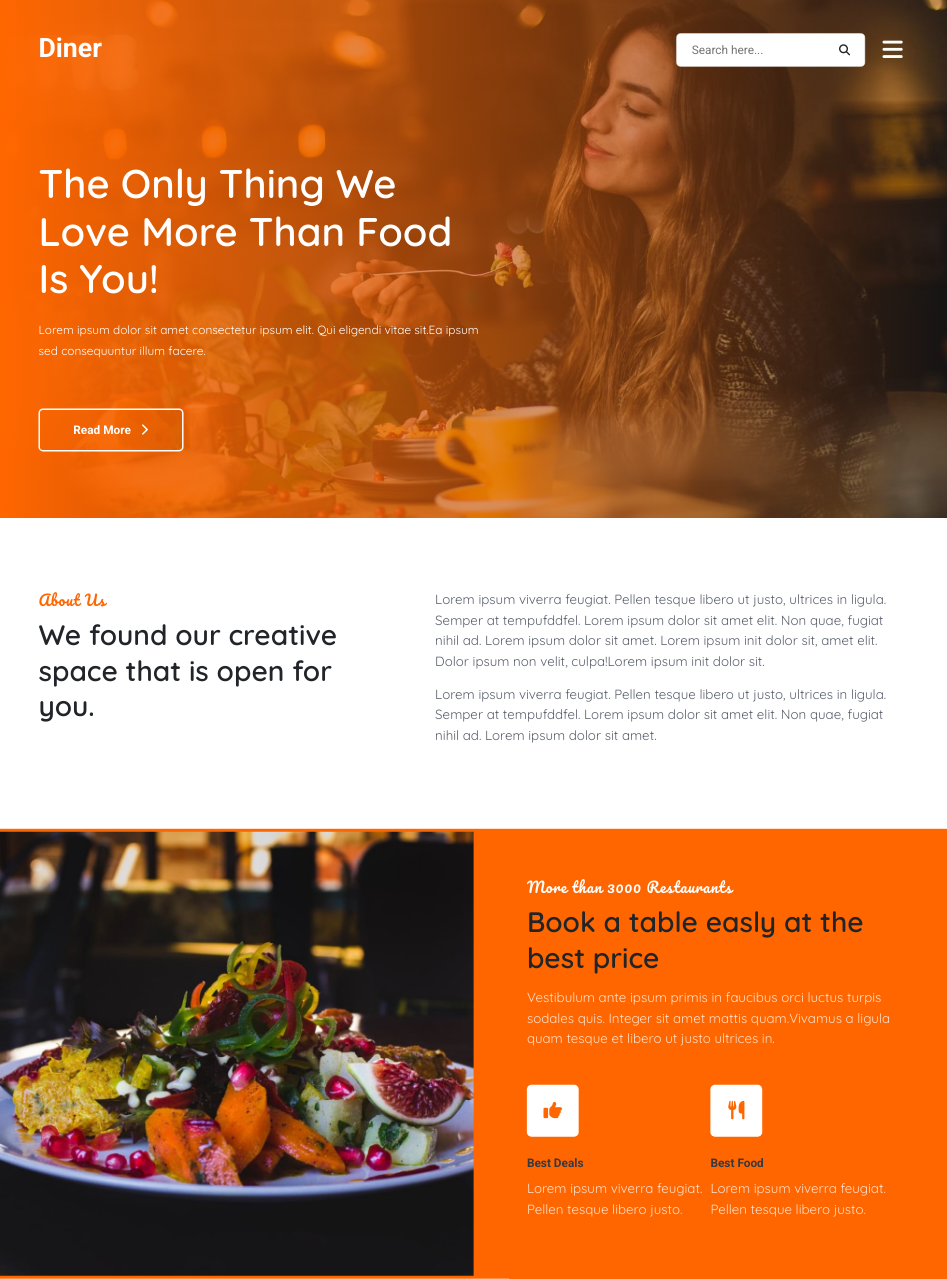
Repository: minhtrivu6199/Diner
Page: index.html
An editor plug-in stored every save of this project. The page is shown before and after the next save, followed by the edit.
The browser window is 1280 px wide. The pictures show the whole page, at 74% of full size.
Backgrounds fixed to the window are drawn as part of the page. The style sheet was rebuilt from its Sass, Less or Tailwind sources for each picture, by a compiler version that may differ from the author's.

Above is the page before, as saved 2022-10-10 16:11:06.

### index.html
<!DOCTYPE html>
<html lang="en">
  <head>
    <title>Title</title>
    <!-- Required meta tags -->
    <meta charset="utf-8" />
    <meta
      name="viewport"
      content="width=device-width, initial-scale=1, shrink-to-fit=no"
    />
    <!-- FontAwesome 6.2.0 CSS -->
    <link
      rel="stylesheet"
      href="https://cdnjs.cloudflare.com/ajax/libs/font-awesome/6.2.0/css/all.min.css"
      integrity="sha512-xh6O/CkQoPOWDdYTDqeRdPCVd1SpvCA9XXcUnZS2FmJNp1coAFzvtCN9BmamE+4aHK8yyUHUSCcJHgXloTyT2A=="
      crossorigin="anonymous"
      referrerpolicy="no-referrer"
    />

    <!-- Font -->
    <link rel="preconnect" href="https://fonts.googleapis.com" />
    <link rel="preconnect" href="https://fonts.gstatic.com" crossorigin />
    <link
      href="https://fonts.googleapis.com/css2?family=Roboto:wght@100;300;400;500;700;900&display=swap"
      rel="stylesheet"
    />
    <link
      href="https://fonts.googleapis.com/css2?family=Pacifico&display=swap"
      rel="stylesheet"
    />
    <link
      href="https://fonts.googleapis.com/css2?family=Quicksand:wght@300;400;500;600;700&display=swap"
      rel="stylesheet"
    />

    <!-- Bootstrap CSS v5.2.1 -->
    <link
      href="https://cdn.jsdelivr.net/npm/bootstrap@5.2.1/dist/css/bootstrap.min.css"
      rel="stylesheet"
      integrity="sha384-iYQeCzEYFbKjA/T2uDLTpkwGzCiq6soy8tYaI1GyVh/UjpbCx/TYkiZhlZB6+fzT"
      crossorigin="anonymous"
    />
    <!-- CSS -->
    <link rel="stylesheet" href="./css/style.min.css" />
  </head>

  <body>
    <!-- HEADER BANNER -->
    <section class="header-banner">
      <div class="container">
        <!-- BANNER HEADER -->
        <div class="banner-header">
          <div class="banner-logo">
            <h1>
              <a href="" class="logo-brand">Diner</a>
            </h1>
          </div>
          <div class="banner-right-content">
            <div class="search-bar">
              <form class="search position-relative">
                <input
                  type="search"
                  class="search-input"
                  placeholder="Search here..."
                />
                <span class="fa fa-search search-icon"></span>
              </form>
            </div>
            <div class="menu text-center">
              <div class="mobile-position">
                <nav class="navigation">
                  <!-- <div class="theme-switch-wrapper">
                    <label for="checkbox" class="theme-switch">
                      <input type="checkbox" id="checkbox" />
                      <div class="mode-container">
                        <i class="fa fa-sun"></i>
                        <i class="fa fa-moon"></i>
                      </div>
                    </label>
                  </div> -->
                </nav>
              </div>
              <div class="mobile-nav-button text-center">
                <button id="trigger-overlay" type="button">
                  <i class="fa fa-bars" aria-hidden="true"></i>
                </button>
              </div>
            </div>
          </div>
          <!-- NAV MENU -->
          <div class="overlay overlay-scale">
            <button type="button" class="overlay-close">
              <i class="fa fa-times" aria-hidden="true"></i>
            </button>

            <nav>
              <ul>
                <li><a href="index.html" class="active">Home</a></li>
                <li><a href="about.html">About</a></li>
                <li><a href="services.html">Services</a></li>
                <li><a href="blog.html">Blog</a></li>
                <li><a href="error.html">404</a></li>
                <li><a href="">Landing Page</a></li>
                <li><a href="contact.html">Contact</a></li>
                <li><a href="">Shot Codes</a></li>
                <li><a href="">Email</a></li>
              </ul>
            </nav>
          </div>
          <!-- END NAV MENU -->
        </div>
        <!-- END BANNER HEADER -->
        <div class="banner-info">
          <h3 class="mb-4 title">The only thing we love more than food is you!</h3>
          <div class="separator"></div>
          <p class="pr-lg-5 mt-md-4 mt-3">
            Lorem ipsum dolor sit amet consectetur ipsum elit. Qui eligendi
            vitae sit.Ea ipsum sed consequuntur illum facere.
          </p>
          <a class="btn btn-white mt-sm-5 mt-4 mr-2" href="about.html">
            Read More
            <span class="fa fa-chevron-right ms-2" aria-hidden="true"></span>
          </a>
        </div>
      </div>
    </section>
    <!-- END HEADER -->

    <!-- ABOUT -->
    <section class="about-us py-5">
      <div class="container py-md-5">
        <div class="row content">
          <div class="col-lg-5 content-left">
            <div class="about-title">
              <h6 class="subtitle">About Us</h6>
              <h3 class="title mb-4">
                We found our creative space that is open for you.
              </h3>
            </div>
          </div>
          <div class="col-lg-7 content-right ps-lg-5">
            <p>
              Lorem ipsum viverra feugiat. Pellen tesque libero ut justo, ultrices in ligula. Semper at tempufddfel. Lorem ipsum dolor sit amet elit. Non quae, fugiat nihil ad. Lorem ipsum dolor sit amet. Lorem ipsum init dolor sit, amet elit. Dolor ipsum non velit, culpa!Lorem ipsum init dolor sit.
            </p>
            <p class="mt-3">
              Lorem ipsum viverra feugiat. Pellen tesque libero ut justo, ultrices in ligula. Semper at tempufddfel. Lorem ipsum dolor sit amet elit. Non quae, fugiat nihil ad. Lorem ipsum dolor sit amet.
            </p>
          </div>
        </div>
      </div>
    </section>
    <!-- END ABOUT -->

    <!-- AGENT -->
    <section class="agent">
      <div class="container-fluid">
        <div class="row align-items-center gx-0">
          <div class="col-lg-6 pt-lg-0 pt-5">
            <div class="agent-image"></div>
          </div>
          <div class="col-lg-6 px-lg-4 py-lg-3 py-4">
            <div class="agent-info p-md-5 p-3">
              <h6 class="subtitle">
                More than 3000 Restaurants
              </h6>
              <h3 class="title">
                Book a table easly at the best price
              </h3>
              <p class="my-3">
                Vestibulum ante ipsum primis in faucibus orci luctus turpis sodales quis. Integer sit amet mattis quam.Vivamus a ligula quam tesque et libero ut justo ultrices in.
              </p>
              <div class="agent-interactive mt-5">
                <div class="gd">
                  <div class="icon mb-4">
                    <span class="fa fa-thumbs-up"></span>
                  </div>
                  <a href="#" class="gd-link">Best Deals</a>
                  <p class="mt-2">
                    Lorem ipsum viverra feugiat. Pellen tesque libero justo.
                  </p>
                </div>
                <div class="gd">
                  <div class="icon mb-4">
                    <span class="fa fa-cutlery"></span>
                  </div>
                  <a href="#" class="gd-link">Best Food</a>
                  <p class="mt-2">
                    Lorem ipsum viverra feugiat. Pellen tesque libero justo.
                  </p>
                </div>
              </div>
            </div>
          </div>
        </div>
      </div>
    </section>
    <!-- END AGENT -->

    <!-- Bootstrap JavaScript Libraries -->
    <script
      src="https://cdn.jsdelivr.net/npm/@popperjs/core@2.11.6/dist/umd/popper.min.js"
      integrity="sha384-oBqDVmMz9ATKxIep9tiCxS/Z9fNfEXiDAYTujMAeBAsjFuCZSmKbSSUnQlmh/jp3"
      crossorigin="anonymous"
    ></script>

    <script
      src="https://cdn.jsdelivr.net/npm/bootstrap@5.2.1/dist/js/bootstrap.min.js"
      integrity="sha384-7VPbUDkoPSGFnVtYi0QogXtr74QeVeeIs99Qfg5YCF+TidwNdjvaKZX19NZ/e6oz"
      crossorigin="anonymous"
    ></script>

    <!-- JS -->
    <script src="./js/modernizr-2.6.2.min.js"></script>
    <script src="./js/classie.js"></script>
    <script src="./js/main.js"></script>
  </body>
</html>

### js/classie.js
/*!
 * classie - class helper functions
 * from bonzo https://github.com/ded/bonzo
 *
 * classie.has( elem, 'my-class' ) -> true/false
 * classie.add( elem, 'my-new-class' )
 * classie.remove( elem, 'my-unwanted-class' )
 * classie.toggle( elem, 'my-class' )
 */

/*jshint browser: true, strict: true, undef: true */
/*global define: false */

(function (window) {
  "use strict";

  // class helper functions from bonzo https://github.com/ded/bonzo

  function classReg(className) {
    return new RegExp("(^|\\s+)" + className + "(\\s+|$)");
  }

  // classList support for class management
  // altho to be fair, the api sucks because it won't accept multiple classes at once
  var hasClass, addClass, removeClass;

  if ("classList" in document.documentElement) {
    hasClass = function (elem, c) {
      return elem.classList.contains(c);
    };
    addClass = function (elem, c) {
      elem.classList.add(c);
    };
    removeClass = function (elem, c) {
      elem.classList.remove(c);
    };
  } else {
    hasClass = function (elem, c) {
      return classReg(c).test(elem.className);
    };
    addClass = function (elem, c) {
      if (!hasClass(elem, c)) {
        elem.className = elem.className + " " + c;
      }
    };
    removeClass = function (elem, c) {
      elem.className = elem.className.replace(classReg(c), " ");
    };
  }

  function toggleClass(elem, c) {
    var fn = hasClass(elem, c) ? removeClass : addClass;
    fn(elem, c);
  }

  var classie = {
    // full names
    hasClass: hasClass,
    addClass: addClass,
    removeClass: removeClass,
    toggleClass: toggleClass,
    // short names
    has: hasClass,
    add: addClass,
    remove: removeClass,
    toggle: toggleClass,
  };

  // transport
  if (typeof define === "function" && define.amd) {
    // AMD
    define(classie);
  } else {
    // browser global
    window.classie = classie;
  }
})(window);

### js/main.js
(function () {
  var container = document.querySelector("div.container"),
    triggerBttn = document.getElementById("trigger-overlay"),
    overlay = document.querySelector("div.overlay"),
    closeBttn = overlay.querySelector("button.overlay-close");
  (transEndEventNames = {
    WebkitTransition: "webkitTransitionEnd",
    MozTransition: "transitionend",
    OTransition: "oTransitionEnd",
    msTransition: "MSTransitionEnd",
    transition: "transitionend",
  }),
    (transEndEventName = transEndEventNames[Modernizr.prefixed("transition")]),
    (support = { transitions: Modernizr.csstransitions });

  function toggleOverlay() {
    if (classie.has(overlay, "open")) {
      classie.remove(overlay, "open");
      classie.remove(container, "overlay-open");
      classie.add(overlay, "close");
      var onEndTransitionFn = function (ev) {
        if (support.transitions) {
          if (ev.propertyName !== "visibility") return;
          this.removeEventListener(transEndEventName, onEndTransitionFn);
        }
        classie.remove(overlay, "close");
      };
      if (support.transitions) {
        overlay.addEventListener(transEndEventName, onEndTransitionFn);
      } else {
        onEndTransitionFn();
      }
    } else if (!classie.has(overlay, "close")) {
      classie.add(overlay, "open");
      classie.add(container, "overlay-open");
    }
  }

  triggerBttn.addEventListener("click", toggleOverlay);
  closeBttn.addEventListener("click", toggleOverlay);
})();

### scss/style.scss
@import "./base/variables";
@import "./pages/components/menu";



.header-banner {
  background-image: linear-gradient(to right, $orange, hsl(30deg 100% 1% / 20%)),
    url(../img/banner1.jpg);
  background-size: cover;
  background-position: initial;
  background-repeat: no-repeat;
  background-attachment: fixed;
  min-height: 700px;
  .container {
    .banner-header {
      display: flex;
      justify-content: space-between;
      align-items: center;
      padding: 40px 0 20px 0;
      .banner-logo {
        .logo-brand {
          font-size: 36px;
          font-weight: 700;
          color: $white;
        }
      }

      .banner-right-content {
        display: flex;
        justify-content: center;
        align-items: center;
        .search-bar {
          display: flex;
          .search {
            .search-input {
              padding: 10px 50px 10px 20px;
              height: 45px;
              font-size: 16px;
              color: $font-color;
              font-weight: 400;
              border-radius: 6px;
              position: relative;
              right: 0;
              background: $white;
              outline: 0;
              border: 1px solid $white;
            }
            .search-icon {
              position: absolute;
              right: 20px;
              font-size: 15px;
              cursor: pointer;
              top: 15px;
            }
          }
        }

        .menu {
          display: flex;
          justify-content: center;
          align-items: center;
          .mobile-nav-button {
            margin-left: 1rem;
          }
        }
      }
    }

    .banner-info {
        max-width: 600px;
        text-align: left;
        margin-top: 100px;
        h3 {
            font-size: 54px;
            line-height: 64px;
            text-transform: capitalize;
            color: $white;
        }
        p {
            font-size: 16px;
            line-height: 28px;
            color: $white;
        }

        .btn-white {
            background: transparent;
            border: 2px solid $white;
            color: $white;
            padding: 12px 45px;
            font-size: 16px;
            line-height: 30px;
            font-weight: 700;
            transition: 0.3s ease-in;
            border-radius: 6px;

            &:hover {
                background: $white;
                color: $orange;
            }
        }
    }
  }
}


.about-us {
    .container {
        .content {
            .content-right {
                p {
                    color: $font-color;
                }
            }
        }
    }
}

.agent {
    background: $orange;
    .container-fluid {
        margin: 0;
        padding: 0;
        .agent-image {
            background-image: url(../img/banner3.jpg);
            background-repeat: no-repeat;
            background-size: cover;
            background-position: center;
            position: relative;
            z-index: 1;
            min-height: 600px;
        }

        .agent-info {
            .subtitle {
                color: $white;
            }
            p {
                color: #ffdfc9;
            }
        }

        .agent-interactive {
            display: flex;
            .icon {
                background: $white;
                width: 70px;
                height: 70px;
                text-align: center;
                line-height: 70px;
                border-radius: 6px;
                transition: 0.3s ease-in-out;
                span.fa {
                    color: $orange;
                    font-size: 25px;
                    line-height:  70px;
                }
            }
            .gd-link {
                color: $dark;
                font-weight: 700;
                line-height: 1.2;
            }
        }
    }
}

### scss/base/_variables.scss
// Color
$blue: #007bff;
$indigo: #6610f2;
$purple: #6f42c1;
$pink: #e83e8c;
$red: #dc3545;
$orange: #ff6600;
$yellow: #ffc107;
$green: #28a745;
$teal: #20c997;
$cyan: #17a2b8;
$white: #fff;
$gray: #6c757d;
$gray-dark: #343a40;
$light-orange: #f8b195;
$success: #28a745;
$info: #17a2b8;
$warning: #ffc107;
$danger: #dc3545;
$light: #f8f9fa;
$dark: #343a40;
$font-color: rgba(22, 28, 45, 0.7);

*, ::after, ::before {
    margin: 0;
    padding: 0;
    box-sizing: border-box;
}

html,
body {
  font-family: "Roboto", sans-serif;
}
a {
  text-decoration: none;
  background-color: transparent;
  cursor: pointer;
}

.container {
    max-width: 1200px;
}

.subtitle {
    font-family: 'Pacifico', cursive;
    font-size: 20px;
    font-weight: 400;
    line-height: 30px;
    letter-spacing: 1px;
    color: $orange;
}

.title {
    font-size: 38px;
    line-height: 48px;
    font-weight: 600;
    font-family: 'Quicksand', sans-serif;
}

p {
    font-size: 18px;
    line-height: 28px;
    font-family: 'Quicksand', sans-serif;
}

### scss/pages/components/_menu.scss
@import '../../base/variables';
.overlay {
	position: fixed;
	width: 100%;
	height: 100%;
	top: 0;
	left: 0;
	background: rgb(6 3 0 / 77%);
}

/* Overlay closing cross */
.overlay .overlay-close {
    width: 40px;
    height: 40px;
    position: absolute;
    right: 40px;
    top: 40px;
    overflow: hidden;
    border: none;
    background: $orange;
    color: #fff;
    border-radius: 6px;
}

button#trigger-overlay {
	outline: none;
	border: none;
	background: none;
	text-align: center;
	color: #fbfdfb;
	font-size: 1.95em;
	padding: 0 8px;
}

/* Menu style */
.overlay nav {
	text-align: center;
	position: relative;
	top: 50%;
	height: 60%;
	-webkit-transform: translateY(-50%);
	transform: translateY(-50%);
}
.overlay ul {
	list-style: none;
	padding: 0;
	margin: 0 auto;
	display: inline-block;
	height: 100%;
	position: relative;
}
.overlay ul li {
	display: block;
	-webkit-backface-visibility: hidden;
	backface-visibility: hidden;
    line-height:3em;
}
.overlay ul li a {
	font-size: 20px;
	font-weight: 600;
	display: block;
	color: #fff;
	-webkit-transition: color 0.2s;
	transition: color 0.2s;
}

.overlay ul li a:hover,
.overlay ul li a:focus {
	color: $orange;
}

/* Effects */
.overlay-scale {
	visibility: hidden;
	opacity: 0;
	-webkit-transform: scale(0.9);
	transform: scale(0.9);
	-webkit-transition: -webkit-transform 0.2s, opacity 0.2s, visibility 0s 0.2s;
	transition: transform 0.2s, opacity 0.2s, visibility 0s 0.2s;
}

.overlay-scale.open {
	visibility: visible;
	opacity: 1;
	-webkit-transform: scale(1);
	transform: scale(1);
	-webkit-transition: -webkit-transform 0.4s, opacity 0.4s;
	transition: transform 0.4s, opacity 0.4s;
}

@media screen and (max-height: 30.5em) {
	.overlay nav {
		height: 70%;
		font-size: 34px;
	}

	.overlay ul li {
		min-height: 34px;
	}
}
@media (max-width:767px) {
	.overlay ul li a {
		font-size: 16px;
	}
	.overlay ul li {
		line-height: 2.5em;
	}
}
@media (max-width:600px) {
	.overlay ul li a {
		font-size: 16px;
	}
	.overlay ul li {
		line-height: 2.2em;
	}
}

Loaded but not shown: js/modernizr-2.6.2.min.js (library)

After the next save:
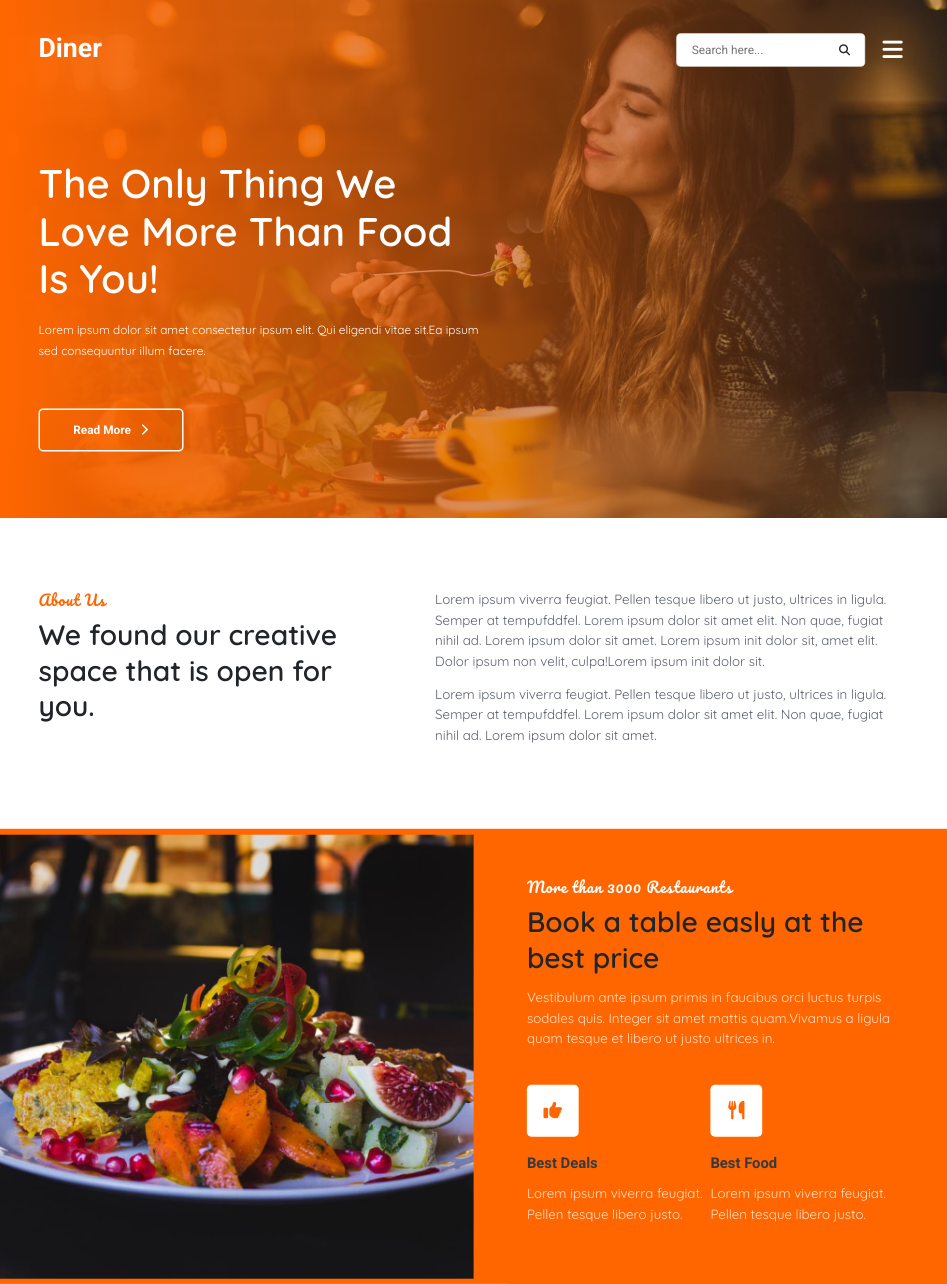
Saved 15 s later.
--- a/scss/style.scss
+++ b/scss/style.scss
@@ -159,6 +159,9 @@
                 color: $dark;
                 font-weight: 700;
                 line-height: 1.2;
+                margin-bottom: 15px;
+                font-size: 20px;
+                display: block;
             }
         }
     }
